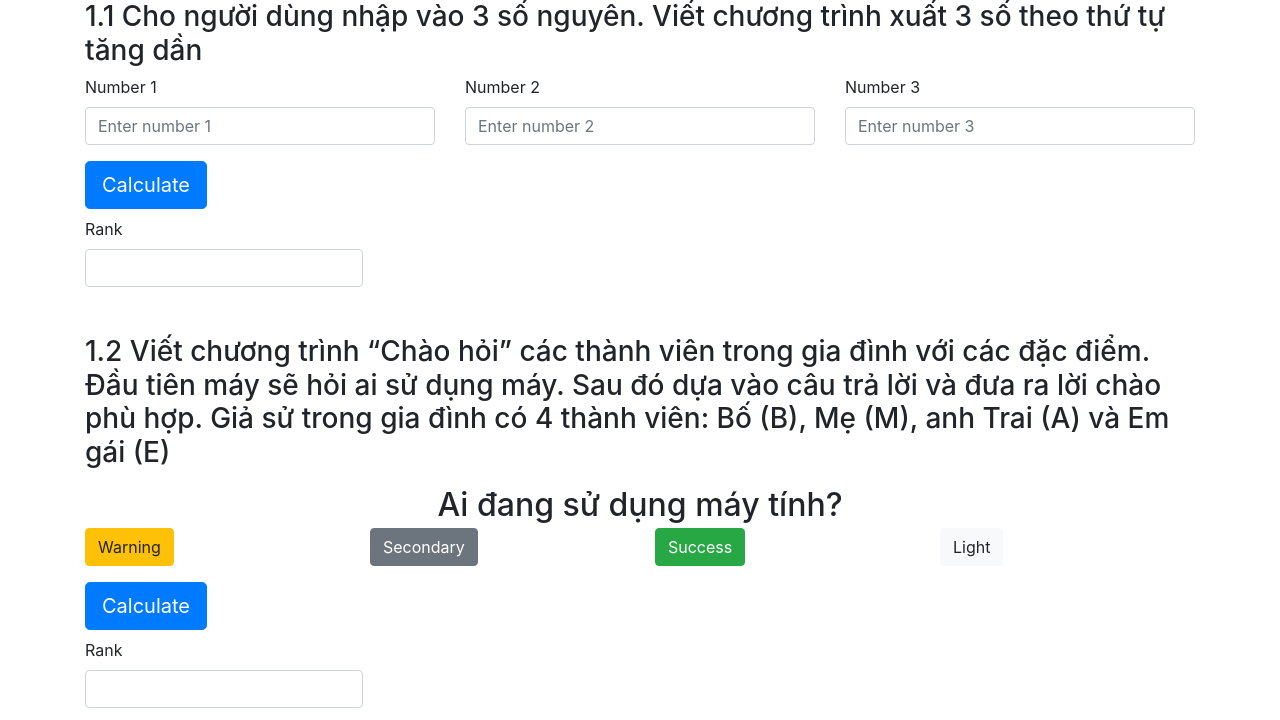
Repository: baobaodeveloper/bootscamp21__jsbasic__HuynhAnhBao
Page: index.html
An editor plug-in stored every save of this project. The page is shown before and after the next save, followed by the edit.
The browser window is 1280 px wide. The pictures show the whole page.

Above is the page before, as saved 2022-03-09 23:56:56.

After the next save:
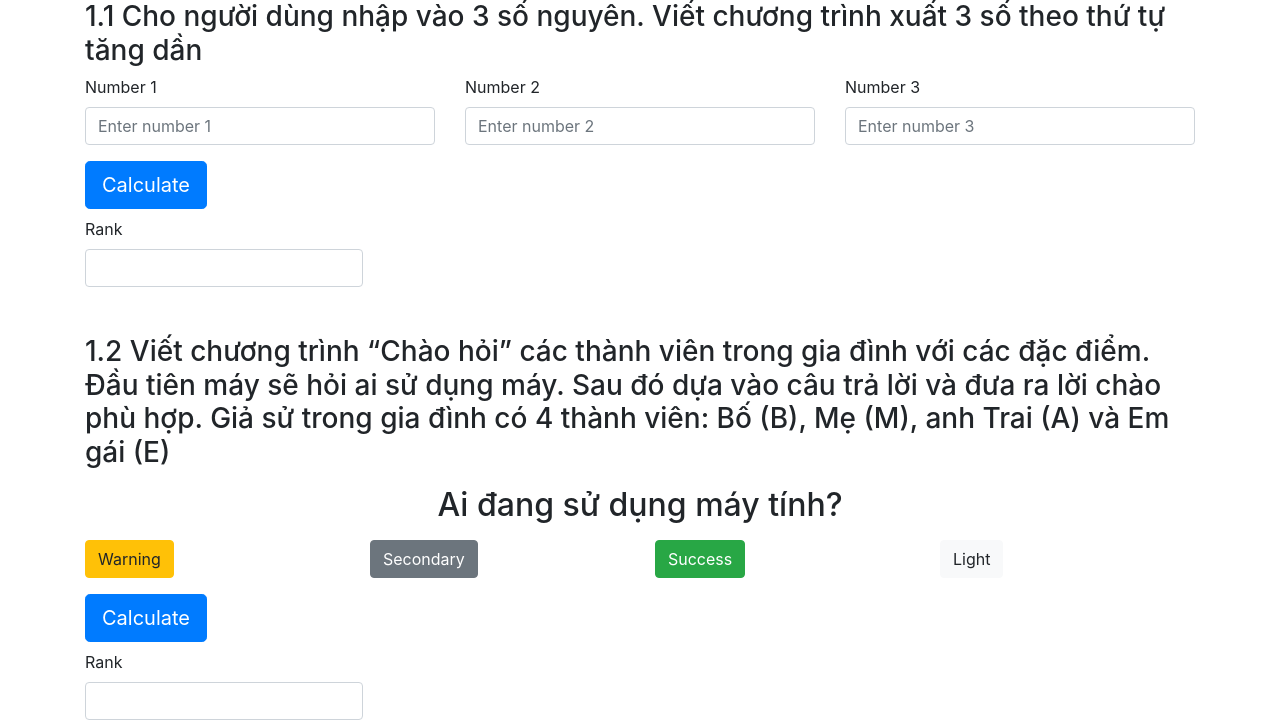
Saved 6 s later.
--- a/index.html
+++ b/index.html
@@ -73,7 +73,7 @@
         (B), Mẹ (M), anh Trai (A) và Em gái (E)
       </h3>
 
-      <h2 class="mb-1 text-center">Ai đang sử dụng máy tính?</h2>
+      <h2 class="mb-3 text-center">Ai đang sử dụng máy tính?</h2>
       <div class="row">
         <div class="col">
           <button type="button" class="btn btn-warning">Warning</button>
